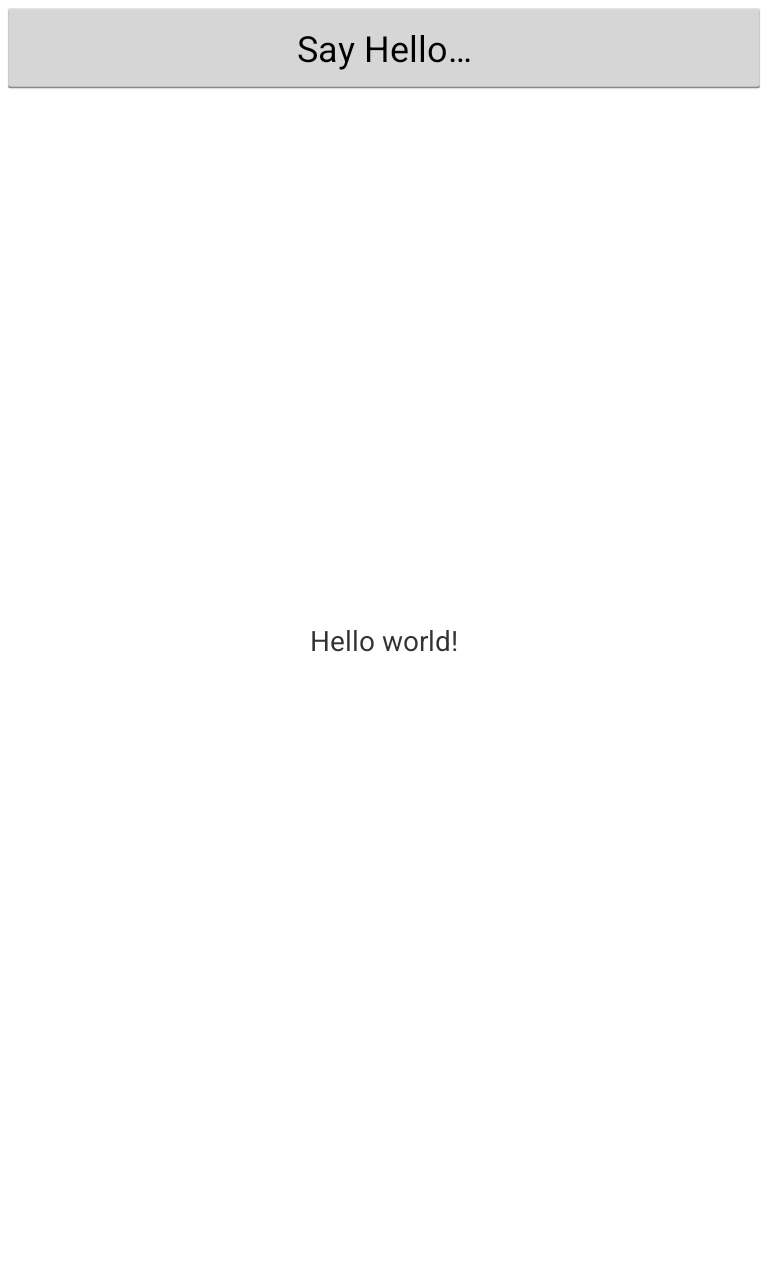
Repository: lnplnp/wifi-scheduler
Layout: WIFIScheduler/res/layout/activity_main.xml
These files come from the project's save history. The layout is drawn as it stood at one moment and after the next save; the edit follows.
It is drawn on a 768 x 1280 px phone screen (xhdpi) without system bars, with theme AppTheme; the app's code is not run.

Above is the layout before, as saved 2013-01-04 13:31:24.

### WIFIScheduler/res/layout/activity_main.xml
<RelativeLayout xmlns:android="http://schemas.android.com/apk/res/android"
    xmlns:tools="http://schemas.android.com/tools"
    android:layout_width="match_parent"
    android:layout_height="match_parent"
    tools:context=".MainActivity" >

    <TextView
        android:id="@+id/textViewHelloWorld"
        android:layout_width="wrap_content"
        android:layout_height="wrap_content"
        android:layout_centerHorizontal="true"
        android:layout_centerVertical="true"
        android:text="@string/hello_world" />

    <Button
        android:id="@+id/buttonSayHello"
        android:layout_width="wrap_content"
        android:layout_height="wrap_content"
        android:layout_alignParentLeft="true"
        android:layout_alignParentRight="true"
        android:layout_alignParentTop="true"
        android:text="@string/say_hello" />

</RelativeLayout>

### WIFIScheduler/res/values/strings.xml
<?xml version="1.0" encoding="utf-8"?>
<resources>

    <string name="app_name">WIFI Scheduler</string>
    <string name="hello_world">Hello world!</string>
    <string name="menu_settings">Settings</string>
    <string name="say_hello">Say Hello&#8230;</string>

</resources>

Loaded but not shown: WIFIScheduler/res/values/styles.xml (common file); WIFIScheduler/res/values-v11/styles.xml (common file); WIFIScheduler/res/values-v14/styles.xml (common file)

After the next save:
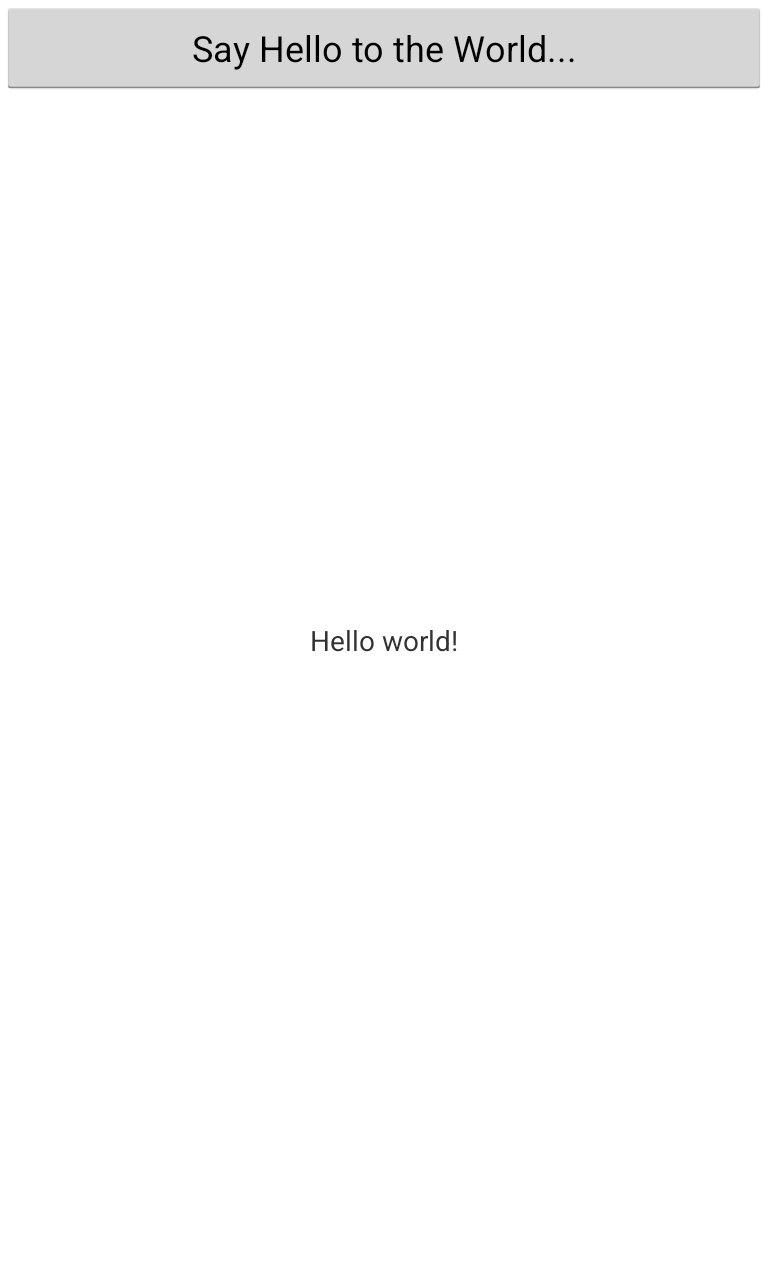
Saved 13 min 21 s later.
--- a/WIFIScheduler/res/values/strings.xml
+++ b/WIFIScheduler/res/values/strings.xml
@@ -4,6 +4,6 @@
     <string name="app_name">WIFI Scheduler</string>
     <string name="hello_world">Hello world!</string>
     <string name="menu_settings">Settings</string>
-    <string name="say_hello">Say Hello&#8230;</string>
+    <string name="say_hello">Say Hello to the World...</string>
 
 </resources>
